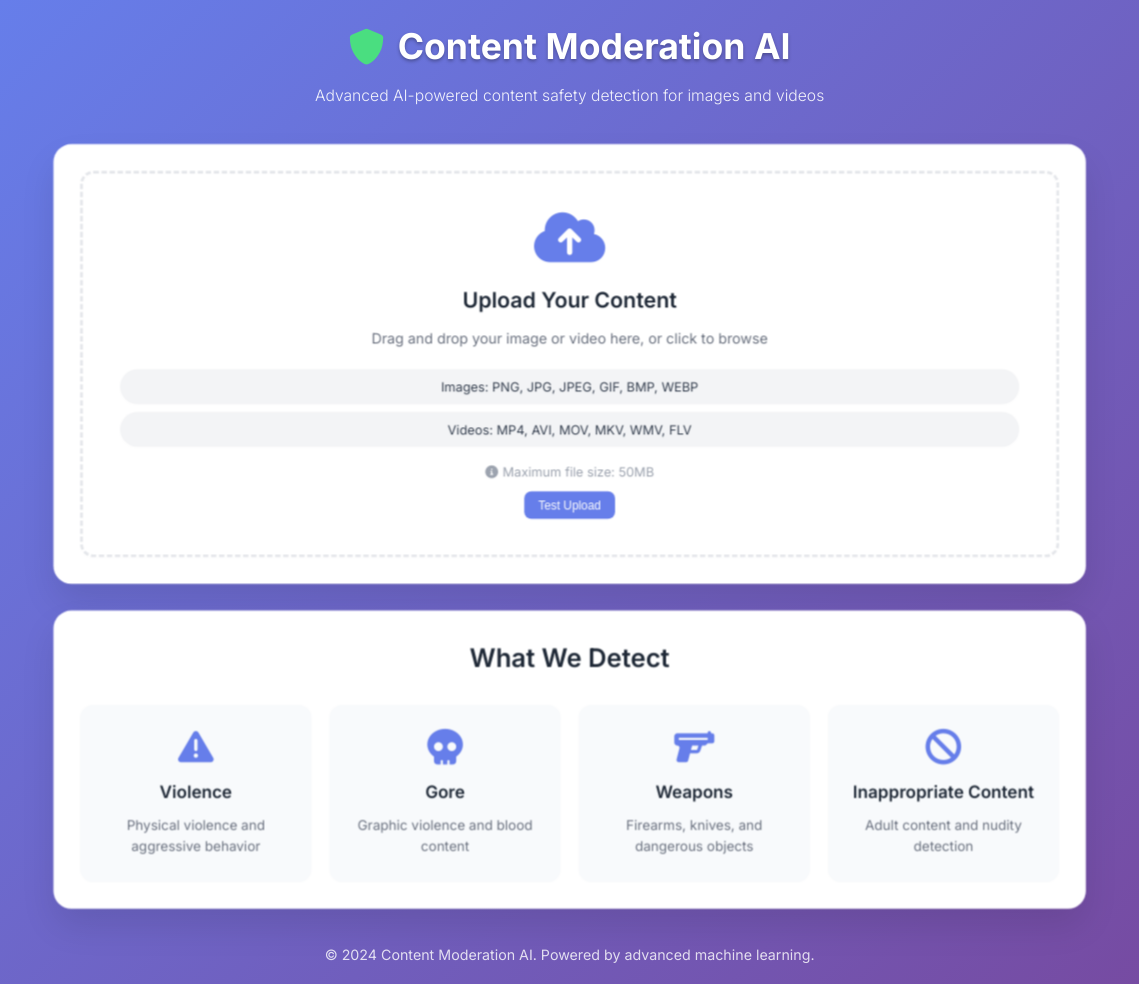
Repository: RagulBalajee/aicontentmod
Page: content-moderation-frontend/index.html
These files come from the project's save history. The page is drawn as it stood at one moment and after the next save; the edit follows.
The browser window is 1280 px wide. The pictures show the whole page, at 89% of full size.

Above is the page before, as saved 2025-06-17 10:29:12.
Console error: TypeError: Cannot read properties of null (reading 'addEventListener')

After the next save:
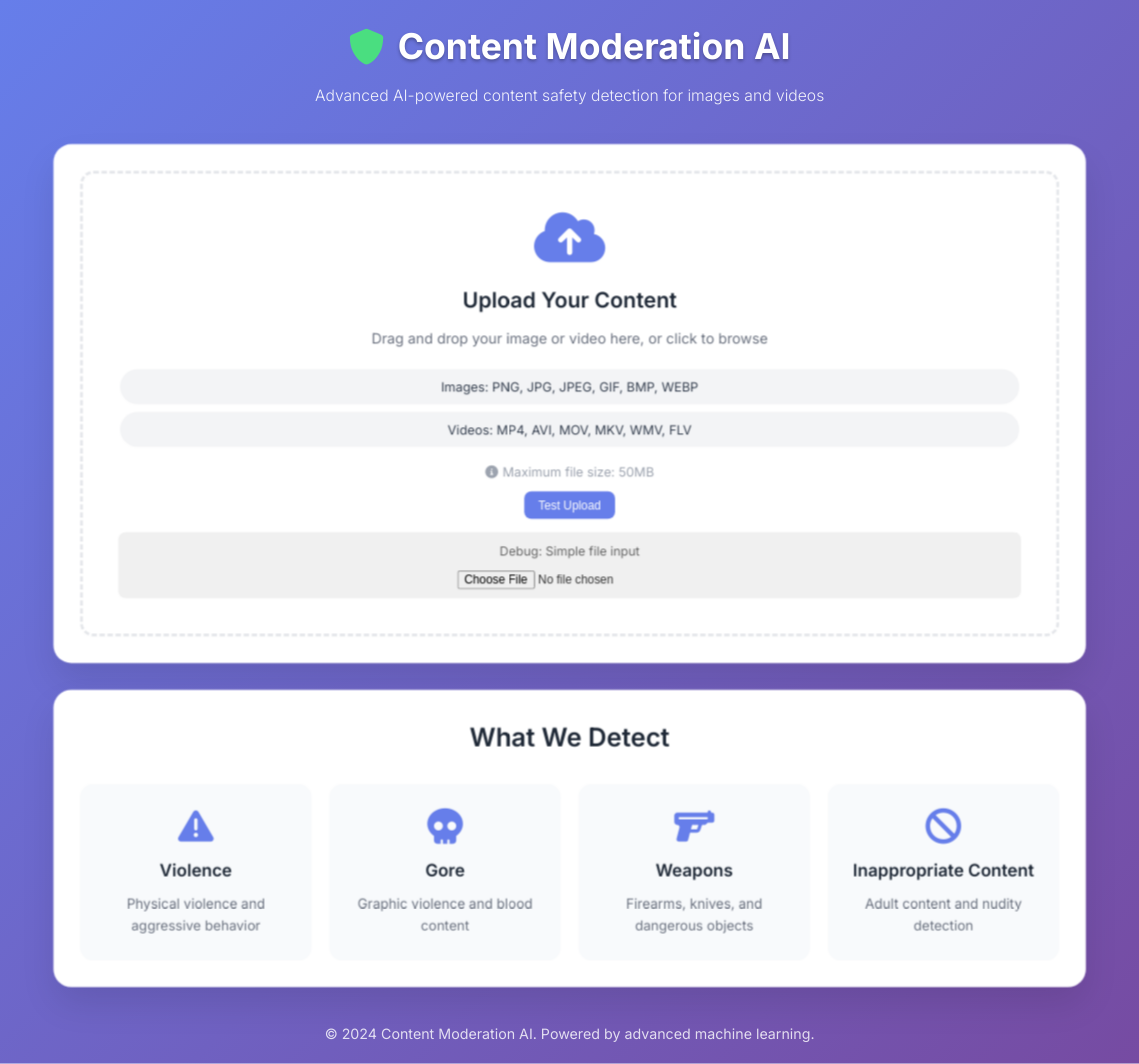
Saved 56 s later.
--- a/content-moderation-frontend/index.html
+++ b/content-moderation-frontend/index.html
@@ -34,6 +34,12 @@
                             Maximum file size: 50MB
                         </div>
                         <button onclick="testUpload()" style="margin-top: 10px; padding: 8px 16px; background: #667eea; color: white; border: none; border-radius: 8px; cursor: pointer;">Test Upload</button>
+
+                        <!-- Simple test file input -->
+                        <div style="margin-top: 15px; padding: 10px; background: #f0f0f0; border-radius: 8px;">
+                            <p style="margin-bottom: 10px; font-size: 14px; color: #666;">Debug: Simple file input</p>
+                            <input type="file" id="testFileInput" accept="image/*,video/*" onchange="testFileSelect()" style="display: block; margin: 0 auto;">
+                        </div>
                     </div>
                     <input type="file" id="fileInput" accept="image/*,video/*" style="display: none;">
                 </div>

After the 6 saves that followed:
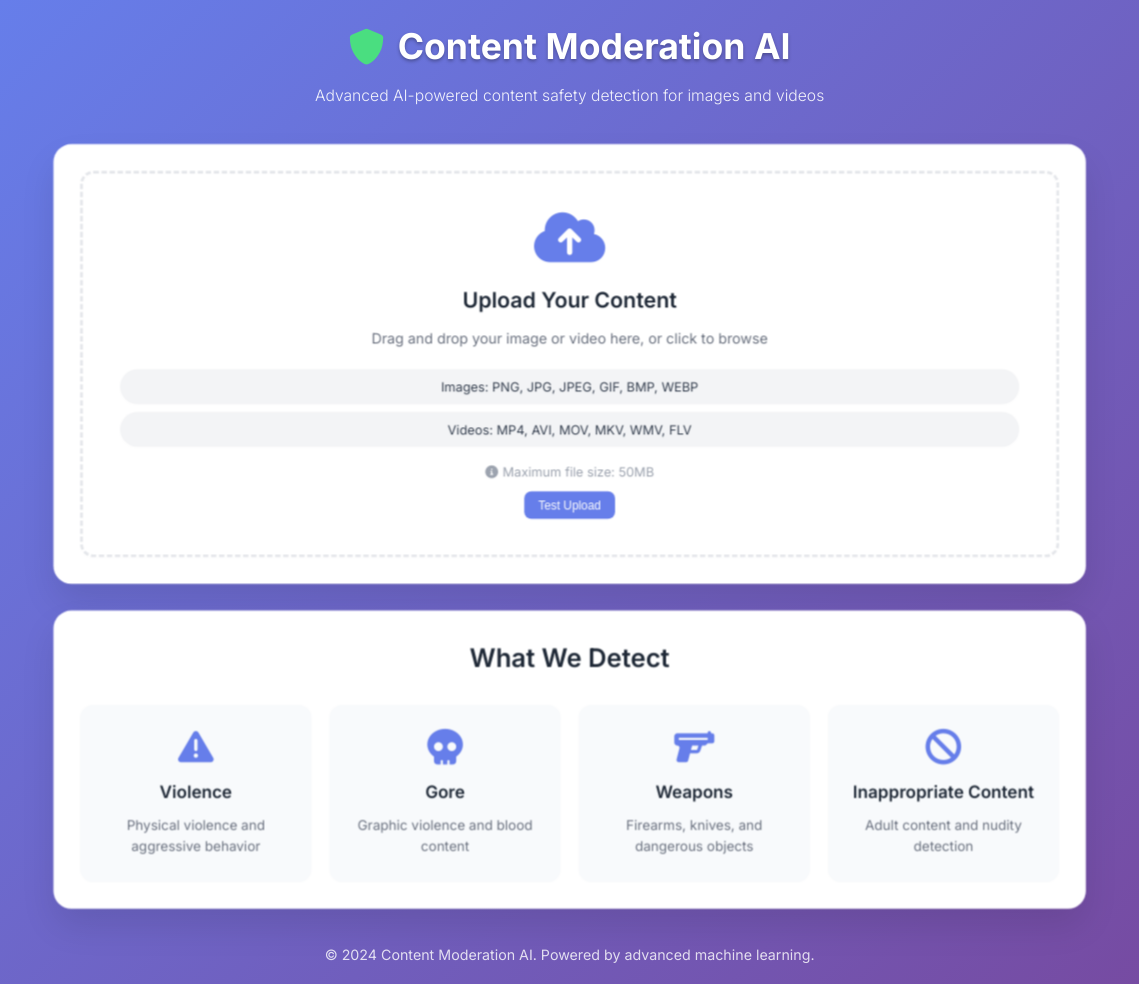
The error is gone.
The 6 saves are shown as one change because 5 left the picture as it was.
The last was saved 3 min 48 s later.
--- a/content-moderation-frontend/index.html
+++ b/content-moderation-frontend/index.html
@@ -34,12 +34,6 @@
                             Maximum file size: 50MB
                         </div>
                         <button onclick="testUpload()" style="margin-top: 10px; padding: 8px 16px; background: #667eea; color: white; border: none; border-radius: 8px; cursor: pointer;">Test Upload</button>
-
-                        <!-- Simple test file input -->
-                        <div style="margin-top: 15px; padding: 10px; background: #f0f0f0; border-radius: 8px;">
-                            <p style="margin-bottom: 10px; font-size: 14px; color: #666;">Debug: Simple file input</p>
-                            <input type="file" id="testFileInput" accept="image/*,video/*" onchange="testFileSelect()" style="display: block; margin: 0 auto;">
-                        </div>
                     </div>
                     <input type="file" id="fileInput" accept="image/*,video/*" style="display: none;">
                 </div>
@@ -125,6 +119,6 @@
         </footer>
     </div>
 
-    <script src="script.js"></script>
+    <script src="script.js?v=1.2"></script>
 </body>
 </html>
--- a/content-moderation-frontend/script.js
+++ b/content-moderation-frontend/script.js
@@ -4,17 +4,24 @@
 // DOM elements
 const dropZone = document.getElementById('uploadArea');
 const fileInput = document.getElementById('fileInput');
-const uploadBtn = document.getElementById('uploadBtn');
 const resultDiv = document.getElementById('resultsSection');
 const loadingDiv = document.getElementById('uploadProgress');
 const progressBar = document.getElementById('progressFill');
+
+// Debug DOM elements
+console.log('DOM elements found:', {
+    dropZone: dropZone,
+    fileInput: fileInput,
+    resultDiv: resultDiv,
+    loadingDiv: loadingDiv,
+    progressBar: progressBar
+});
 
 // Event listeners
 dropZone.addEventListener('dragover', handleDragOver);
 dropZone.addEventListener('drop', handleDrop);
 dropZone.addEventListener('click', () => fileInput.click());
 fileInput.addEventListener('change', handleFileSelect);
-uploadBtn.addEventListener('click', handleUpload);
 
 function handleDragOver(e) {
     e.preventDefault();
@@ -226,6 +233,42 @@
         });
 }
 
+function testFileSelect() {
+    const testFile = document.getElementById('testFileInput').files[0];
+    console.log('Test file selected:', testFile);
+
+    if (testFile) {
+        console.log('Test file details:', {
+            name: testFile.name,
+            size: testFile.size,
+            type: testFile.type
+        });
+
+        // Try to upload this file directly
+        const formData = new FormData();
+        formData.append('file', testFile);
+
+        console.log('Attempting to upload test file...');
+
+        fetch(`${API_URL}/upload`, {
+            method: 'POST',
+            body: formData
+        })
+        .then(response => {
+            console.log('Test upload response:', response.status, response.statusText);
+            return response.json();
+        })
+        .then(result => {
+            console.log('Test upload result:', result);
+            alert('Test upload result: ' + JSON.stringify(result));
+        })
+        .catch(error => {
+            console.error('Test upload error:', error);
+            alert('Test upload failed: ' + error.message);
+        });
+    }
+}
+
 // Add some visual feedback for drag and drop
 dropZone.addEventListener('dragenter', (e) => {
     e.preventDefault();
